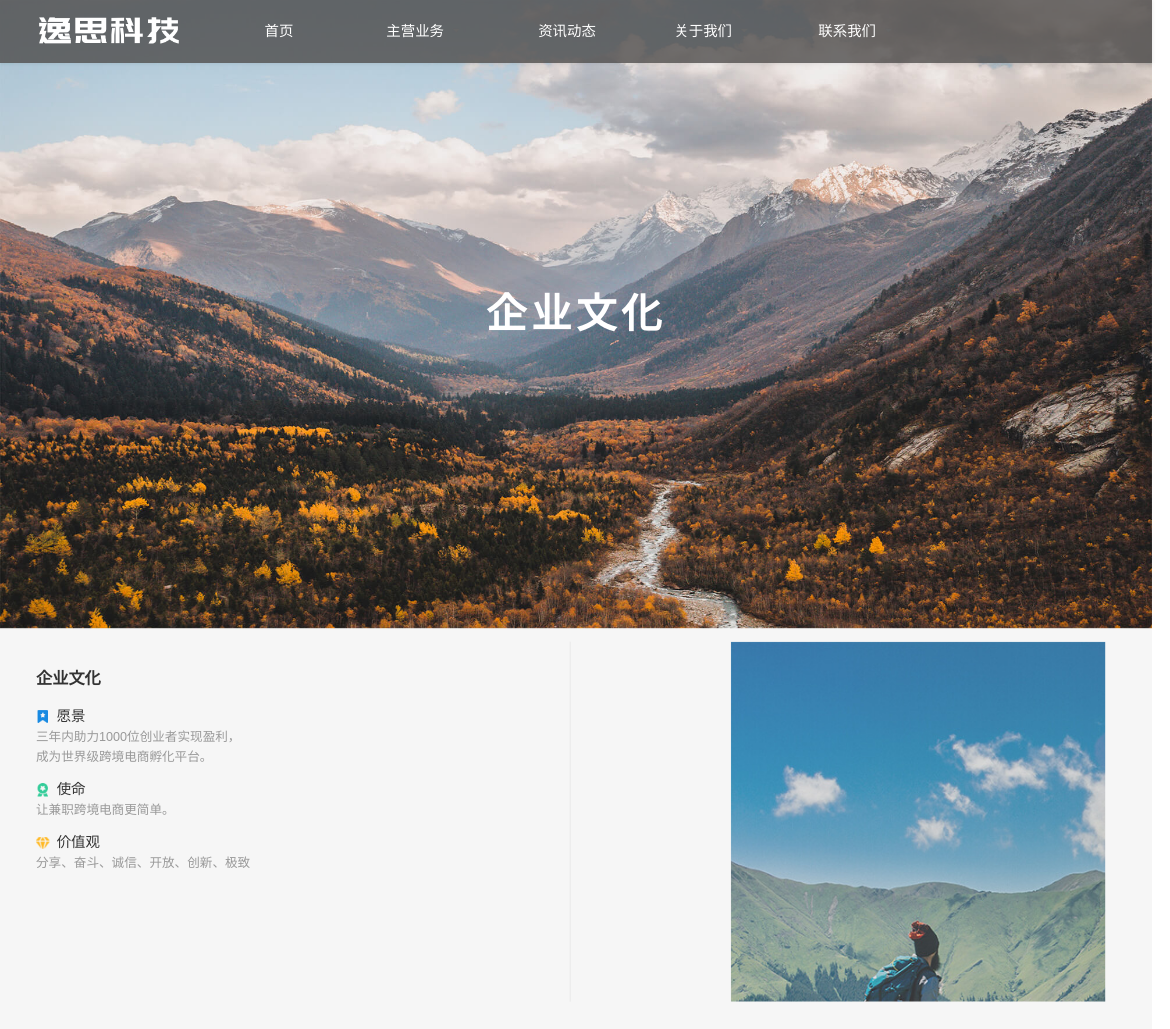
Repository: masterzhang/ztn
Page: brief3.html
The author's editor kept a copy of each file at every save. The page is drawn from the files as they stood at one save, then again after a run of saves.
The browser window is 1280 px wide. The page is 1300 px wide, so the pictures cover 1300 px, including what lies to the right of the window. The pictures show the part of the page from y = 0 to 1143 px (the page is 2017 px tall), at 90% of full size.
Pictures or frames that could not be fetched are drawn as grey boxes.

Above is the page before, as saved 2021-11-25 15:42:54.
Console error: TypeError: Cannot read properties of undefined (reading 'top')

After the next 2 saves:
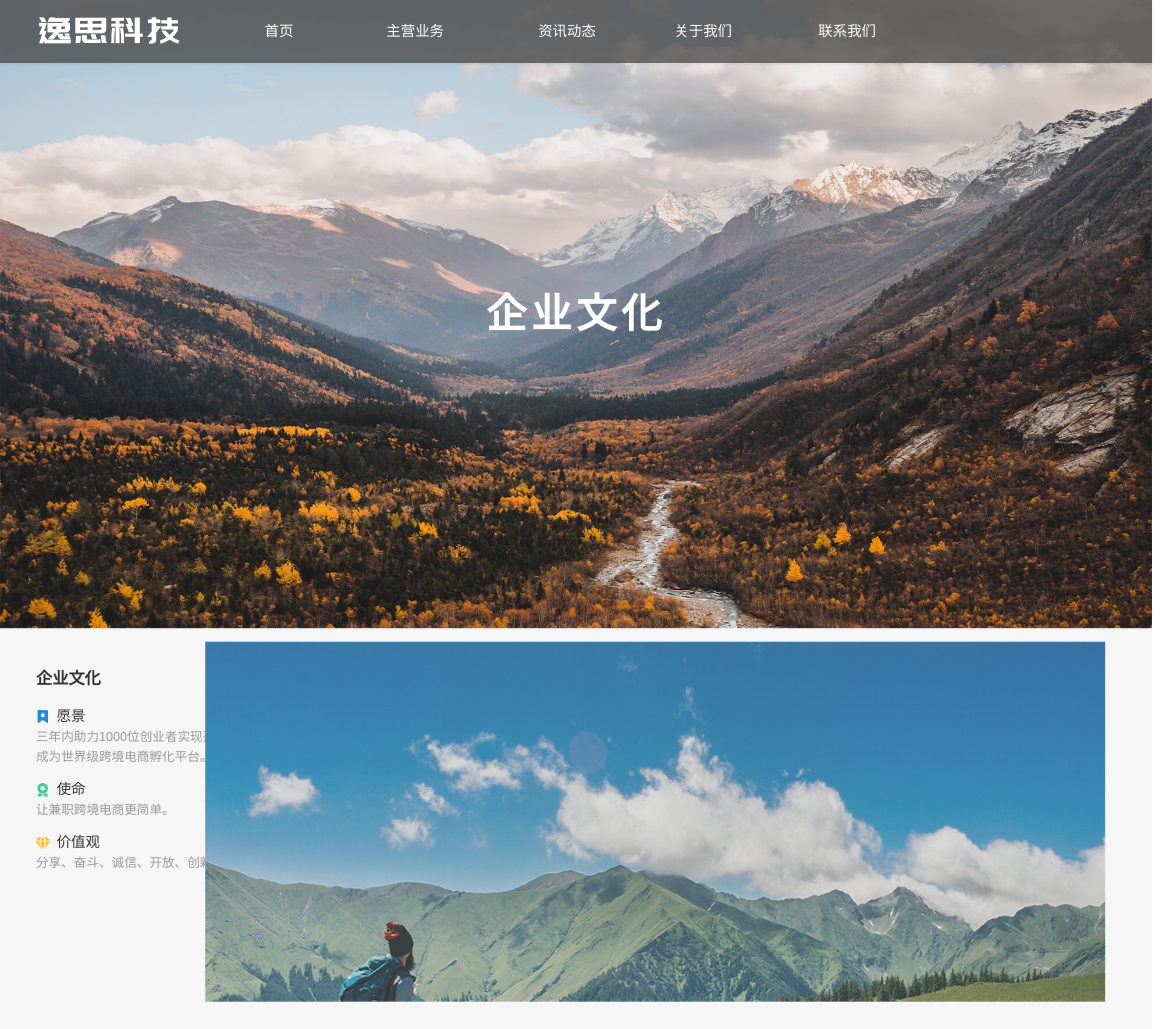
The 2 saves are shown as one change because they came seconds apart.
The last was saved 2 min 6 s later.
--- a/brief3.html
+++ b/brief3.html
@@ -80,11 +80,7 @@
 
         </div>
         <div class="pagemian_swiper_right">
-          <div class="runbobox">
-            <div class="swiper-container swiper-container-horizontal" style="width: 100%;height: 100%;">
-              <img src="/self/images2/企业文化逸思奋斗者.jpg" />
-            </div>
-          </div>
+          <img src="/self/images2/企业文化逸思奋斗者.jpg" />
         </div>
       </div>
     </div>
